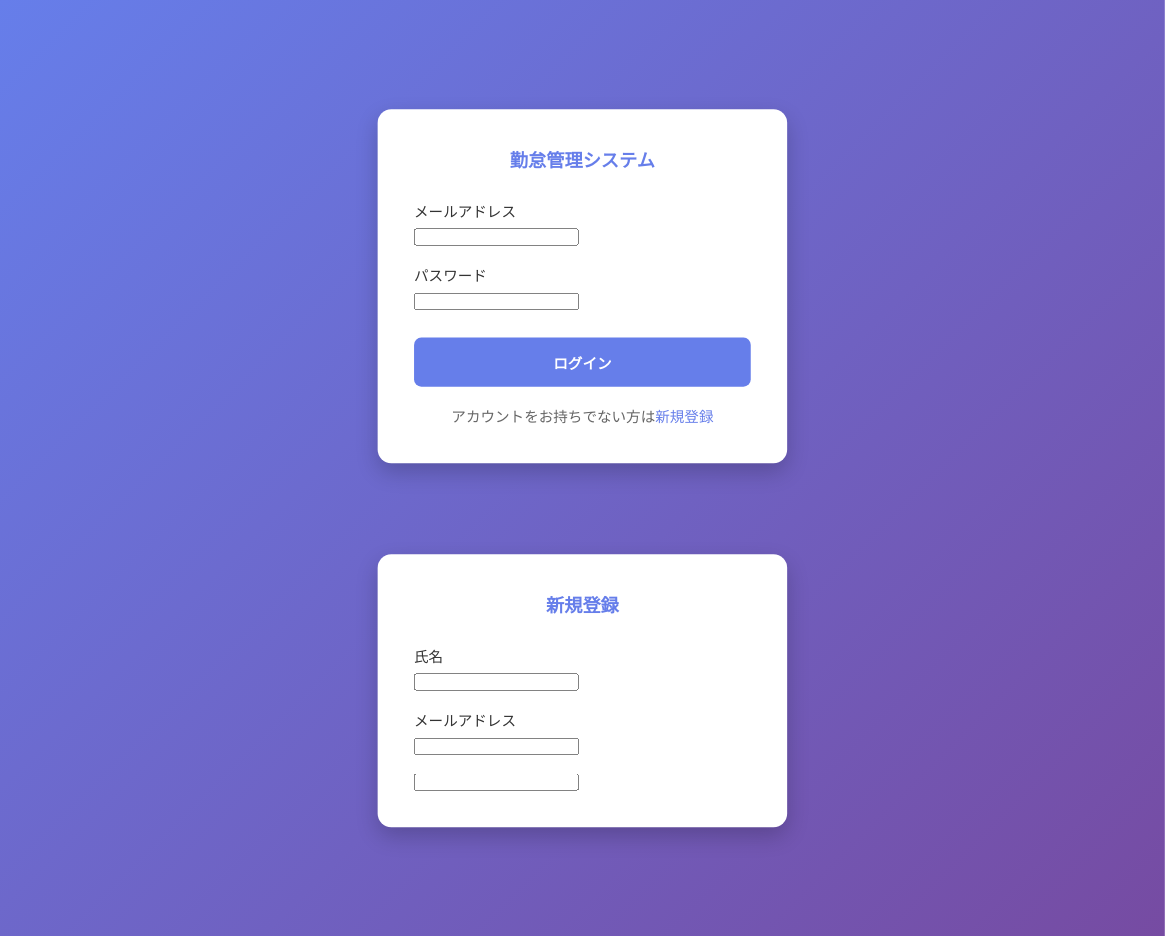
Repository: 04bit/WEB_HCJ
Page: index.html
These files come from the project's save history. The page is drawn as it stood at one moment and after the next save; the edit follows.
The browser window is 1280 px wide. The pictures show the whole page, at 91% of full size.

Above is the page before, as saved 2025-11-25 15:52:56.

After the next save:
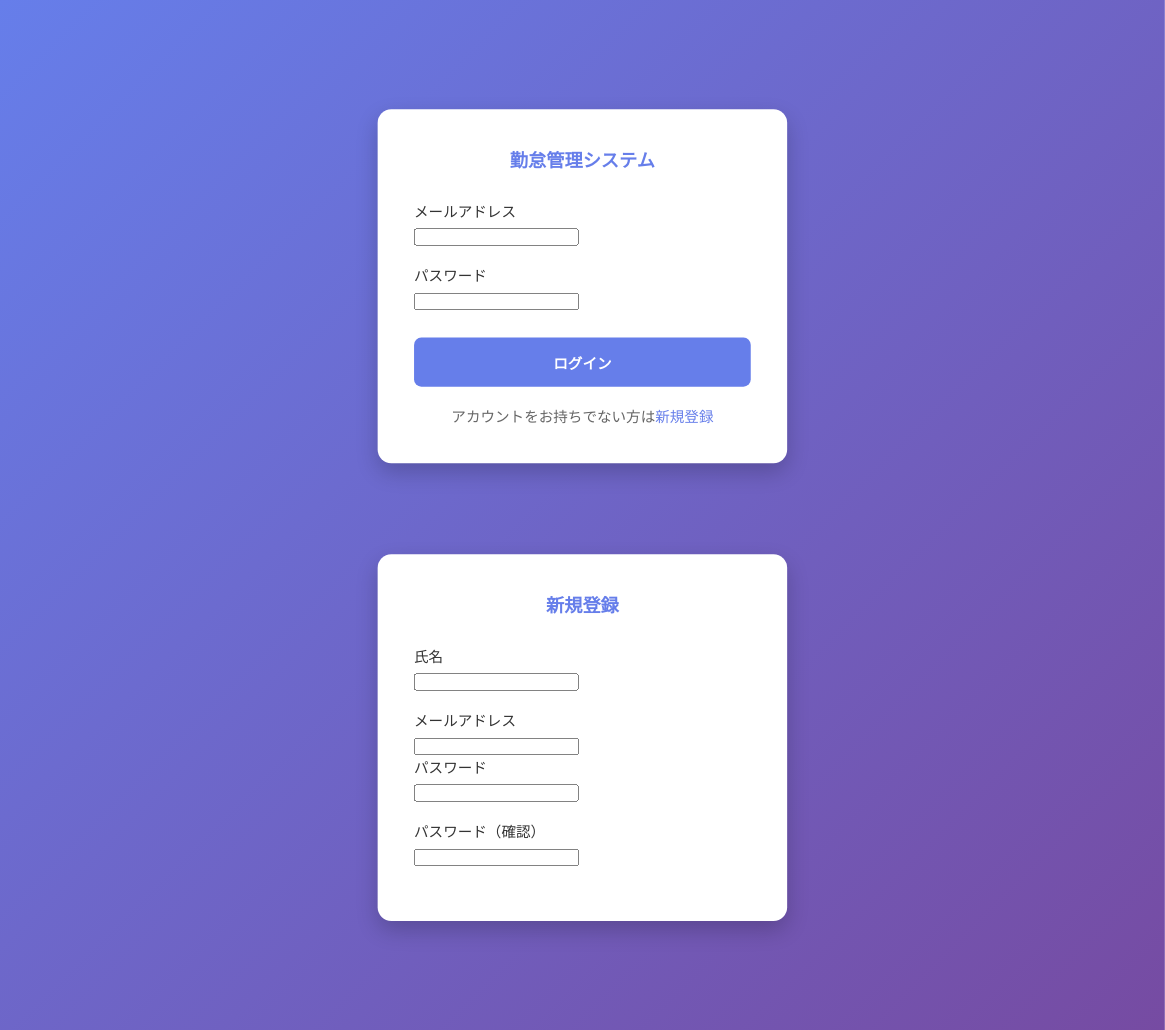
Saved 4 min 19 s later.
--- a/index.html
+++ b/index.html
@@ -38,13 +38,15 @@
             </div>
             <div class="form-group">
                 <label>メールアドレス</label>
-                <input type="email" id="registerEmail" title="registerEmail" required minlength="6">
+                <input type="email" id="registerEmail" title="registerEmail" required>
+            <div class="form-group">
+                <label>パスワード</label>
+                <input type="password" id="registerPassword" title="registerPassword" required minlength="6">
+            </div class="form-group">
+            <div>
+                <label>パスワード（確認）</label>
+                <input type="password" id="registerPasswordConfirm" title="registerPasswordConfirm" required>
             </div>
-            <div>
-                <label></label>
-                <input type="password" id="registerPassword" title="password">
-            </div>
-
         </form>
     </div>
 </body>
